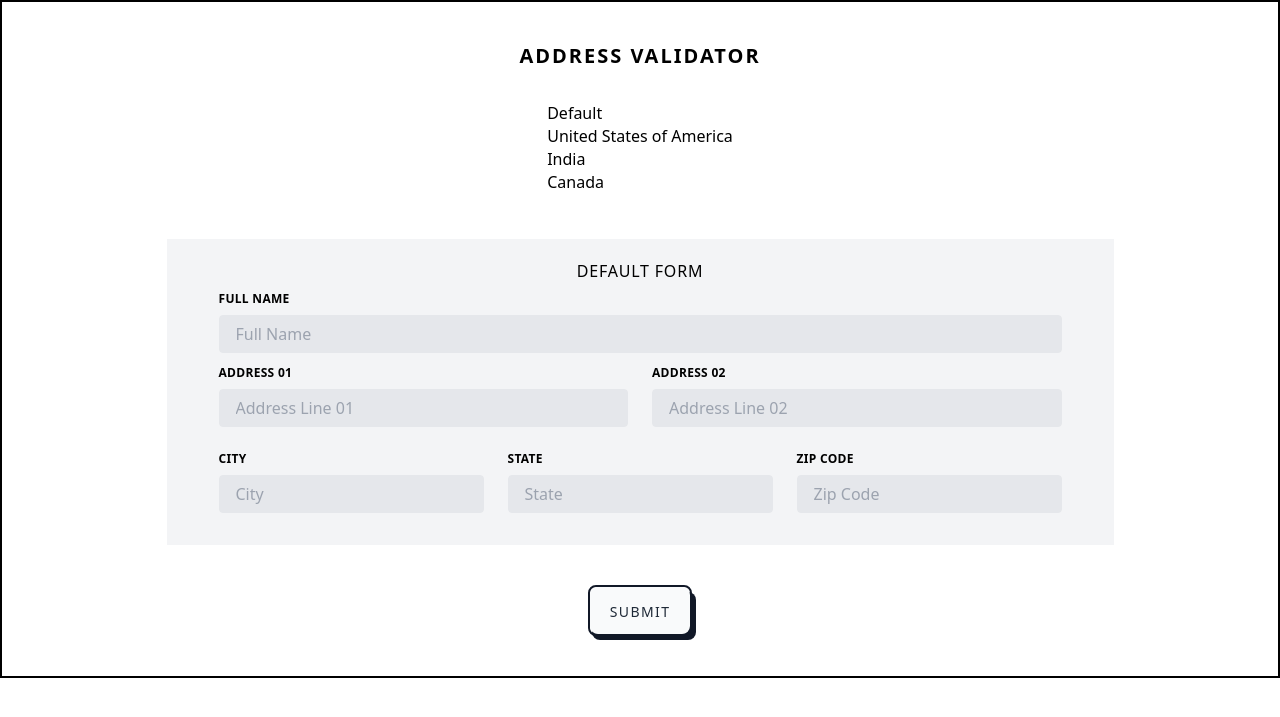
Repository: jay-singhvi/SWArchDesign_TeamProject
Page: / (app in frontend/address-validation/)
An editor plug-in stored every save of this project. The page is shown before and after the next save, followed by the edit.
The browser window is 1280 px wide. The pictures show the whole page.
The project was rebuilt for these pictures with package versions that can differ from the ones it lists, and the page was loaded fresh each time. Also part of the build but not shown: frontend/address-validation/src/App.css.

Above is the page before, as saved 2023-03-07 18:13:24.

After the next save:
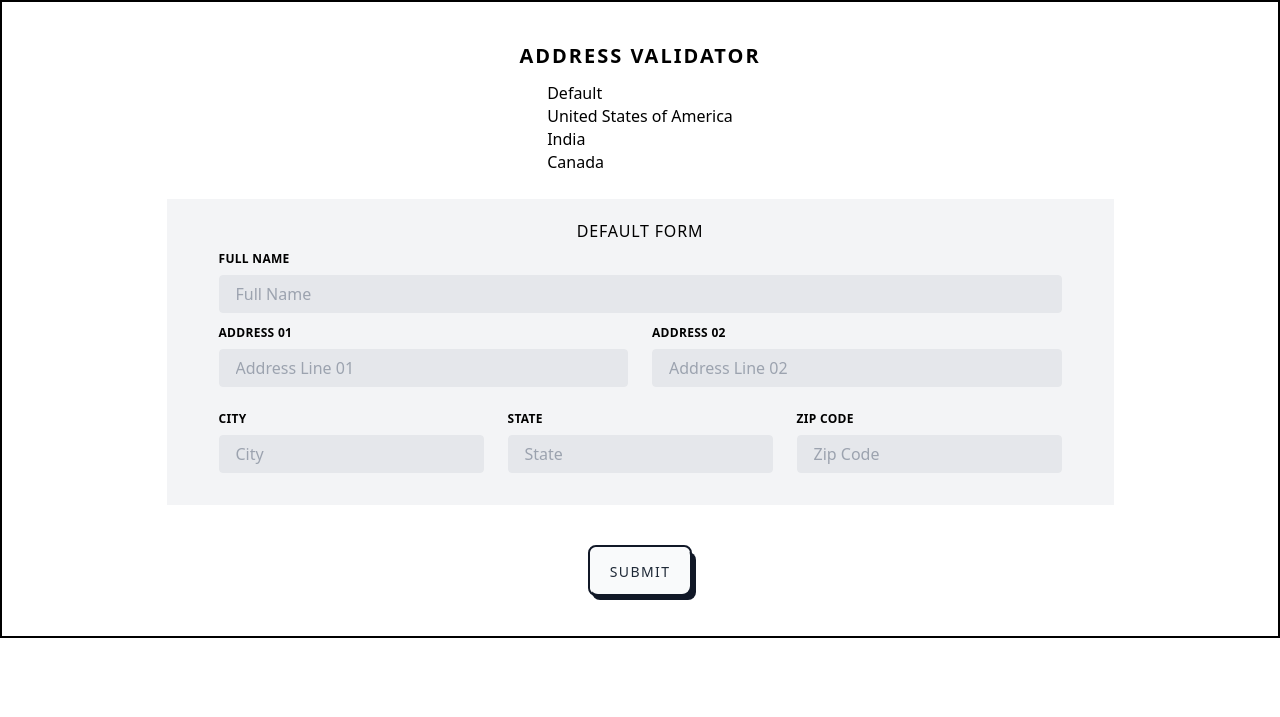
Saved 4 s later.
--- a/frontend/address-validation/src/App.js
+++ b/frontend/address-validation/src/App.js
@@ -156,7 +156,7 @@ function App() {
         </h1>
         <div className="mt-3">
           <select
-            className=" p-5 outline-none focus:outline-none"
+            // className=" p-5 outline-none focus:outline-none"
             multiple
             value={countryList}
             onChange={handleSelectedCountry}
